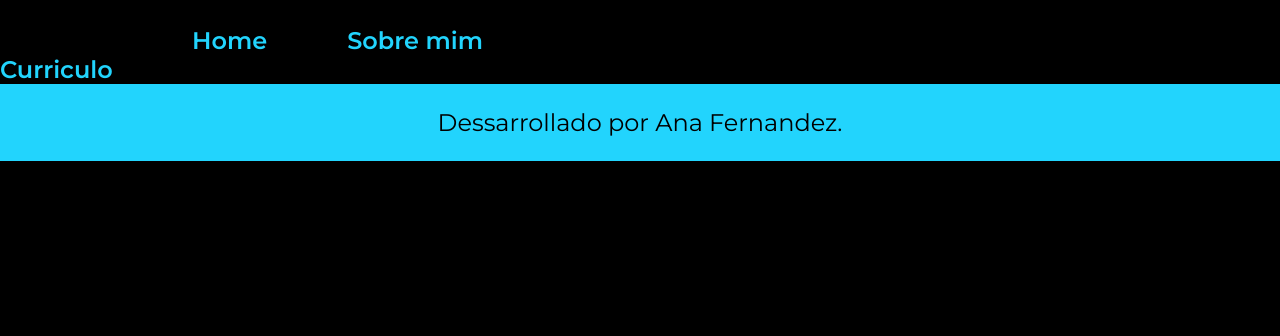
Repository: AnaFzCz/Portifolio-HTML-CSS-dinamico
Page: about.html
An editor plug-in stored every save of this project. The page is shown before and after the next save, followed by the edit.
The browser window is 1280 px wide. The pictures show the whole page.
Some web fonts or font styles are not loaded; a fallback is used.

Above is the page before, as saved 2025-02-10 09:27:04.

After the next save:
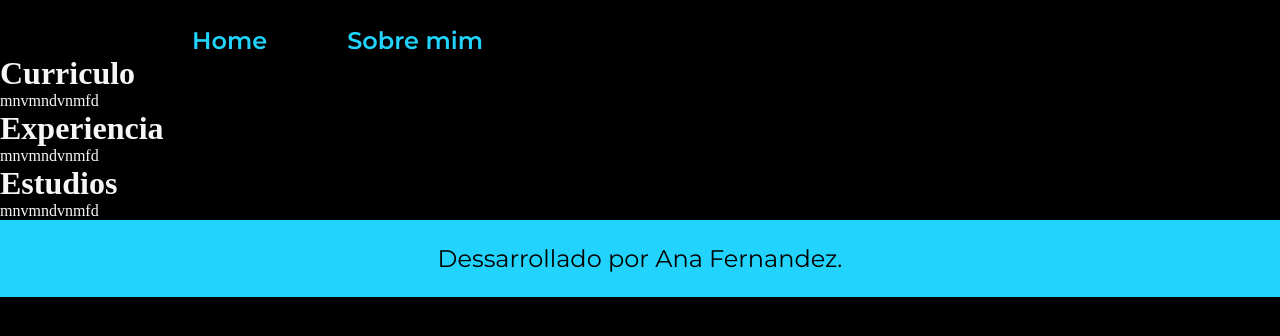
Saved 94 s later.
--- a/about.html
+++ b/about.html
@@ -18,8 +18,13 @@
     </header>
     <main>
 
-        <h1 class="cabecalho__menu__link">Curriculo</h1>
-        <p></p>
+        <h1 class="cabecalho__menu__titulo">Curriculo</h1>
+        <p>mnvmndvnmfd</p>
+        <h1 class="cabecalho__menu__titulo">Experiencia</h1>
+        <p>mnvmndvnmfd</p>
+
+        <h1 class="cabecalho__menu__titulo">Estudios</h1>
+        <p>mnvmndvnmfd</p>
 
     </main>
     <footer class="rodape">
